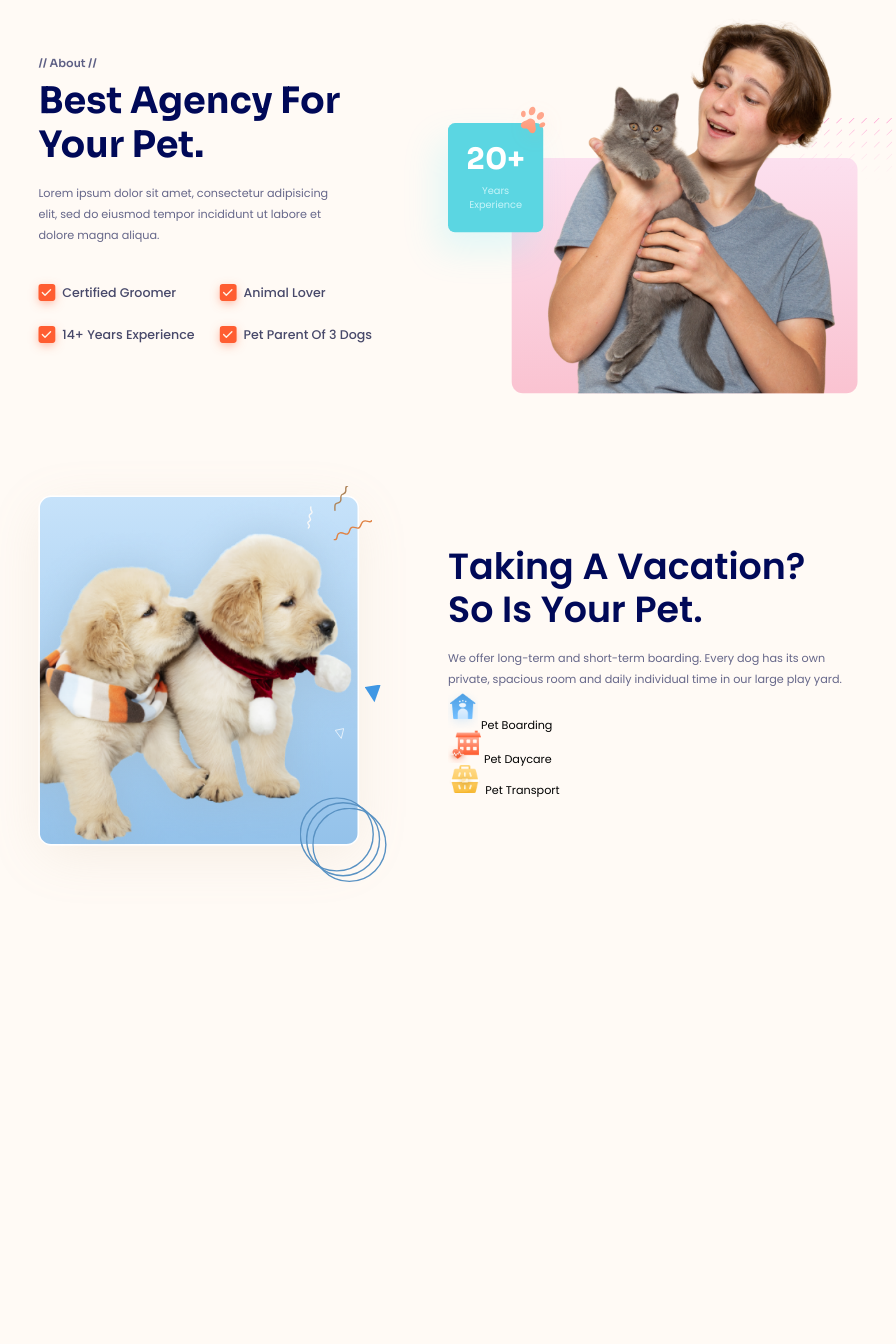
Repository: anhtien111198/f8-htmlcss-04
Page: index.html
The author's editor kept a copy of each file at every save. The page is drawn from the files as they stood at one save, then again after the next save.
The browser window is 1280 px wide. The pictures show the part of the page from y = 887 to 2807 px (the page is 5000 px tall), at 70% of full size.

Above is the page before, as saved 2023-05-18 15:20:39.

### index.html
<!DOCTYPE html>
<html lang="en">
    <head>
        <meta charset="UTF-8" />
        <meta http-equiv="X-UA-Compatible" content="IE=edge" />
        <meta name="viewport" content="width=device-width, initial-scale=1.0" />
        <title>Lucy - Established &amp Trusted Pet Care Service</title>
        <!-- favicon -->
        <link
            rel="apple-touch-icon"
            sizes="57x57"
            href="./assets/favicon/apple-icon-57x57.png"
        />
        <link
            rel="apple-touch-icon"
            sizes="60x60"
            href="./assets/favicon/apple-icon-60x60.png"
        />
        <link
            rel="apple-touch-icon"
            sizes="72x72"
            href="./assets/favicon/apple-icon-72x72.png"
        />
        <link
            rel="apple-touch-icon"
            sizes="76x76"
            href="./assets/favicon/apple-icon-76x76.png"
        />
        <link
            rel="apple-touch-icon"
            sizes="114x114"
            href="./assets/favicon/apple-icon-114x114.png"
        />
        <link
            rel="apple-touch-icon"
            sizes="120x120"
            href="./assets/favicon/apple-icon-120x120.png"
        />
        <link
            rel="apple-touch-icon"
            sizes="144x144"
            href="./assets/favicon/apple-icon-144x144.png"
        />
        <link
            rel="apple-touch-icon"
            sizes="152x152"
            href="./assets/favicon/apple-icon-152x152.png"
        />
        <link
            rel="apple-touch-icon"
            sizes="180x180"
            href="./assets/favicon/apple-icon-180x180.png"
        />
        <link
            rel="icon"
            type="image/png"
            sizes="192x192"
            href="./assets/favicon/android-icon-192x192.png"
        />
        <link
            rel="icon"
            type="image/png"
            sizes="32x32"
            href="./assets/favicon/favicon-32x32.png"
        />
        <link
            rel="icon"
            type="image/png"
            sizes="96x96"
            href="./assets/favicon/favicon-96x96.png"
        />
        <link
            rel="icon"
            type="image/png"
            sizes="16x16"
            href="./assets/favicon/favicon-16x16.png"
        />
        <link rel="manifest" href="./assets/favicon/manifest.json" />
        <meta name="msapplication-TileColor" content="#ffffff" />
        <meta
            name="msapplication-TileImage"
            content="./assets/favicon/ms-icon-144x144.png"
        />
        <meta name="theme-color" content="#ffffff" />
        <!-- reset css-->
        <link rel="stylesheet" href="./assets/css/reset.css" />
        <!-- Embed font family-->
        <link rel="preconnect" href="https://fonts.googleapis.com" />
        <link rel="preconnect" href="https://fonts.gstatic.com" crossorigin />
        <link
            href="https://fonts.googleapis.com/css2?family=Poppins:wght@300;400;500;600&family=Sora:wght@400;500;600;700;800&display=swap"
            rel="stylesheet"
        />
        <!-- style css -->
        <link rel="stylesheet" href="./assets/css/style.css" />
    </head>
    <body style="height: 5000px">
        <!-- header -->
        <header class="header">
            <div class="container">
                <div class="header__inner">
                    <!-- logo -->
                    <img src="./assets/images/logo.svg" alt="" class="logo" />
                    <!-- navbar -->
                    <nav class="navbar">
                        <ul class="navbar__list">
                            <li class="navbar__item">
                                <a href="#!" class="navbar__link">Home</a>
                            </li>
                            <li class="navbar__item">
                                <a href="#!" class="navbar__link">About</a>
                            </li>
                            <li class="navbar__item">
                                <a href="#!" class="navbar__link">
                                    Services &amp Rates
                                </a>
                            </li>
                            <li class="navbar__item">
                                <a href="#!" class="navbar__link">Review</a>
                            </li>
                            <li class="navbar__item">
                                <a href="#!" class="navbar__link">
                                    Contacts us
                                </a>
                            </li>
                        </ul>
                    </nav>
                    <!-- header action -->
                    <div class="header-action">
                        <a href="#!" class="header-action__link">Sign in</a>
                        <a href="#!" class="header-action__btn btn">Sign up</a>
                    </div>
                </div>
            </div>
        </header>
        <!-- hero -->
        <section class="hero">
            <div class="container">
                <div class="hero__inner">
                    <!-- hero media -->
                    <div class="hero__media">
                        <div class="hero__img-wrap">
                            <img
                                src="./assets/images/pet-01.png"
                                alt=""
                                class="hero__img"
                            />
                            <!-- decorators -->
                            <img
                                src="./assets/images/decor-01.svg"
                                alt=""
                                class="hero__decor hero__decor-left"
                            />
                            <img
                                src="./assets/images/decor-02.svg"
                                alt=""
                                class="hero__decor hero__decor-right"
                            />
                        </div>
                        <div class="hero__img-wrap hero__img-wrap-small">
                            <img
                                src="./assets/images/pet-02.png"
                                alt=""
                                class="hero__img hero__img-small"
                            />
                        </div>
                        <div class="hero__list">
                            <section class="hero-list-item">
                                <img
                                    src="./assets/images/pet-03.png"
                                    alt=""
                                    class="hero-list-item__thumb"
                                />
                                <div class="hero-list-item__info">
                                    <p class="hero-list-item__title">
                                        Pet Health
                                    </p>
                                    <div class="hero-list-item__skeleton"></div>
                                    <div class="hero-list-item__skeleton"></div>
                                </div>
                            </section>
                            <div class="hero-list-item__separate"></div>
                            <section class="hero-list-item">
                                <img
                                    src="./assets/images/pet-04.png"
                                    alt=""
                                    class="hero-list-item__thumb"
                                />
                                <div class="hero-list-item__info">
                                    <p class="hero-list-item__title">
                                        Pet care
                                    </p>
                                    <div class="hero-list-item__skeleton"></div>
                                    <div class="hero-list-item__skeleton"></div>
                                </div>
                            </section>
                        </div>
                    </div>
                    <!-- hero content -->
                    <section class="hero__content">
                        <h1 class="hero__heading">
                            Established &amp Trusted Pet Care Service
                        </h1>
                        <p class="hero__desc">
                            Discover a wide variety of Pawsitive services to
                            choose from, including daycare, private walks,
                            office duty and spa.
                        </p>
                        <div class="hero__row">
                            <a href="#!" class="btn btn--primary hero__cta-btn">
                                Book a Meet
                                <span class="btn__icon">
                                    <svg
                                        width="5"
                                        height="6"
                                        viewBox="0 0 5 6"
                                        fill="none"
                                        xmlns="http://www.w3.org/2000/svg"
                                    >
                                        <path
                                            d="M1.48584 0.5L3.98584 3L1.48584 5.5"
                                            stroke="#FD5056"
                                            stroke-linecap="round"
                                            stroke-linejoin="round"
                                        />
                                    </svg>
                                </span>
                            </a>
                            <a href="#!" class="hero__cta-link">
                                Schedule a Call
                            </a>
                        </div>
                    </section>
                </div>
            </div>
        </section>
        <!-- About -->
        <main>
            <section class="about">
                <div class="container">
                    <div class="about__inner">
                        <section class="about__content">
                            <p class="about__label">// About //</p>
                            <h2 class="about__heading section__heading">
                                Best Agency For Your Pet.
                            </h2>
                            <p class="about__desc section__desc">
                                Lorem ipsum dolor sit amet, consectetur
                                adipisicing elit, sed do eiusmod tempor
                                incididunt ut labore et dolore magna aliqua.
                            </p>
                            <div class="about__checklist">
                                <span class="about__check-item">
                                    Certified Groomer
                                </span>
                                <span class="about__check-item">
                                    Animal Lover
                                </span>
                                <span class="about__check-item">
                                    14+ Years Experience
                                </span>
                                <span class="about__check-item">
                                    Pet Parent Of 3 Dogs
                                </span>
                            </div>
                        </section>
                        <div class="about__media">
                            <!-- about card -->
                            <div class="about__card">
                                <p class="about__card-title">20+</p>
                                <p class="about__card-desc">Years Experience</p>
                                <img
                                    src="./assets/icons/about-decor-01.svg"
                                    alt=""
                                    class="about__card-decor"
                                />
                            </div>
                            <!-- About image wrapper -->
                            <figure class="about__img-wrap">
                                <img
                                    src="./assets/images/about-01.png"
                                    alt=""
                                    class="about__img"
                                />
                            </figure>
                            <img
                                src="./assets/icons/about-decor-02.svg"
                                alt=""
                                class="about__media-decor"
                            />
                        </div>
                        <div class="about__media">
                            <figure
                                class="about__img-wrap about__img-wrap-bottom"
                            >
                                <img
                                    src="./assets/images/about-02.png"
                                    alt=""
                                    class="about__img about__img-bottom"
                                />
                                <!-- decorator -->
                                <div>
                                    <img
                                        src="./assets/icons/about-decor-03.svg"
                                        alt=""
                                        class="about__decor-img"
                                    />
                                    <img
                                        src="./assets/icons/about-decor-04.svg"
                                        alt=""
                                        class="about__decor-img"
                                    />
                                    <img
                                        src="./assets/icons/about-decor-05.svg"
                                        alt=""
                                        class="about__decor-img"
                                    />
                                    <img
                                        src="./assets/icons/about-decor-06.svg"
                                        alt=""
                                        class="about__decor-img"
                                    />
                                    <img
                                        src="./assets/icons/about-decor-07.svg"
                                        alt=""
                                        class="about__decor-img"
                                    />
                                    <img
                                        src="./assets/icons/about-decor-08.svg"
                                        alt=""
                                        class="about__decor-img"
                                    />
                                    <img
                                        src="./assets/icons/about-decor-08.svg"
                                        alt=""
                                        class="about__decor-img"
                                    />
                                    <img
                                        src="./assets/icons/about-decor-08.svg"
                                        alt=""
                                        class="about__decor-img"
                                    />
                                </div>
                            </figure>
                        </div>
                        <section class="about__content">
                            <h class="section__heading">
                                Taking A Vacation? So Is Your Pet.
                            </h>
                            <p class="section__desc">
                                We offer long-term and short-term boarding.
                                Every dog has its own private, spacious room and
                                daily individual time in our large play yard.
                            </p>
                            <div class="tab">
                                <ul class="tab__list">
                                    <li class="tab__item">
                                        <img
                                            src="./assets/icons/home.png"
                                            alt=""
                                            class="tab__icon"
                                        />
                                        <span class="tab__title">
                                            Pet Boarding
                                        </span>
                                    </li>
                                    <li class="tab__item">
                                        <img
                                            src="./assets/icons/heath.png"
                                            alt=""
                                            class="tab__icon"
                                        />
                                        <span class="tab__title">
                                            Pet Daycare
                                        </span>
                                    </li>
                                    <li class="tab__item">
                                        <img
                                            src="./assets/icons/bag.png"
                                            alt=""
                                            class="tab__icon"
                                        />
                                        <span class="tab__title">
                                            Pet Transport
                                        </span>
                                    </li>
                                </ul>
                                <div class="tab__content"></div>
                            </div>
                        </section>
                    </div>
                </div>
            </section>
        </main>
    </body>
</html>

Loaded but not shown: assets/css/reset.css (common file); assets/css/style.css (417 lines, source omitted)

After the next save:
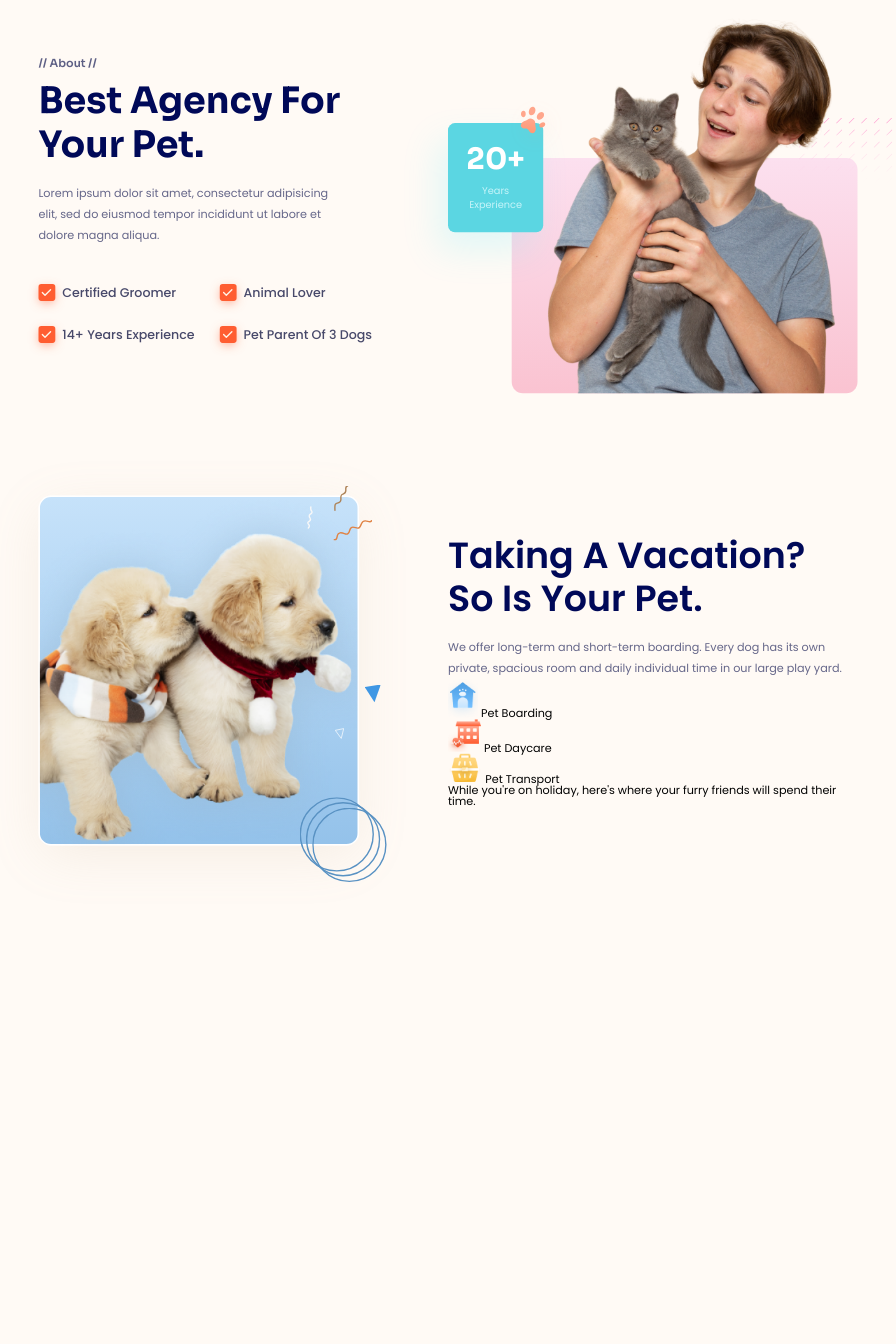
Saved 91 s later.
--- a/index.html
+++ b/index.html
@@ -385,7 +385,15 @@
                                         </span>
                                     </li>
                                 </ul>
-                                <div class="tab__content"></div>
+                                <div class="tab__content">
+                                    <div class="tab__content-item">
+                                        <p class="tab__content-desc">
+                                            While you're on holiday, here's
+                                            where your furry friends will spend
+                                            their time.
+                                        </p>
+                                    </div>
+                                </div>
                             </div>
                         </section>
                     </div>
